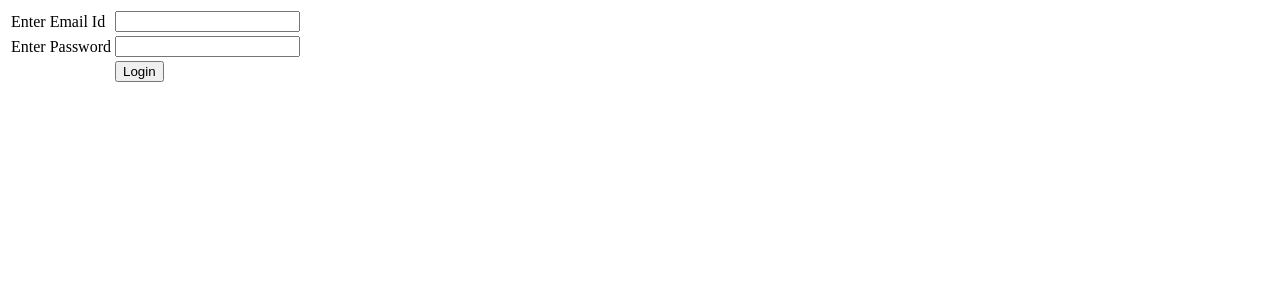
Repository: Ranjith-Kondra/FSD57_MODULE3
Page: AdvJava/WorkSpace2/EmpWebApp/WebContent/Login.html
These files come from the project's save history. The page is drawn as it stood at one moment and after the next save; the edit follows.
The browser window is 1280 px wide. The pictures show the whole page.

Above is the page before, as saved 2024-01-03 12:10:02.

### AdvJava/WorkSpace2/EmpWebApp/WebContent/Login.html
<!DOCTYPE html>
<html>
<head>
<meta charset="ISO-8859-1">
<title>Login Page</title>
</head>
<body>

<form action = "Loginservlet" method = "post">

<table>
    <tr>
       <td>Enter Email Id</td>
       <td><input type = "text" name = "emailId"/></td>
     </tr>
   <tr>
       <td>Enter Password</td>
       <td><input type = "text" name = "password"/></td>
     </tr>

     <tr>
        <td></td>
        <td><button>Login</button></td>

         </tr>

</table>


</form>
</body>
</html>

After the next save:
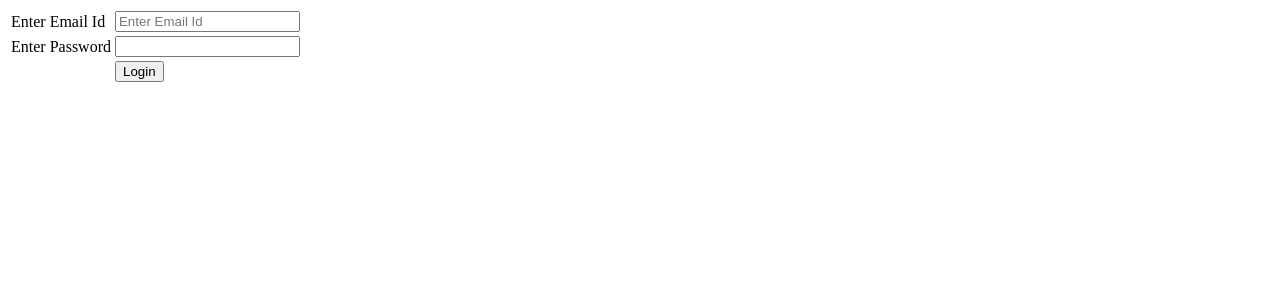
Saved 117 s later.
--- a/AdvJava/WorkSpace2/EmpWebApp/WebContent/Login.html
+++ b/AdvJava/WorkSpace2/EmpWebApp/WebContent/Login.html
@@ -11,11 +11,11 @@
 <table>
     <tr>
        <td>Enter Email Id</td>
-       <td><input type = "text" name = "emailId"/></td>
+       <td><input type = "text" name = "emailId" placeholder = "Enter Email Id"/></td>
      </tr>
    <tr>
        <td>Enter Password</td>
-       <td><input type = "text" name = "password"/></td>
+       <td><input type = "text" name = "password" paceholder = "Enter Password"/></td>
      </tr>
 
      <tr>
